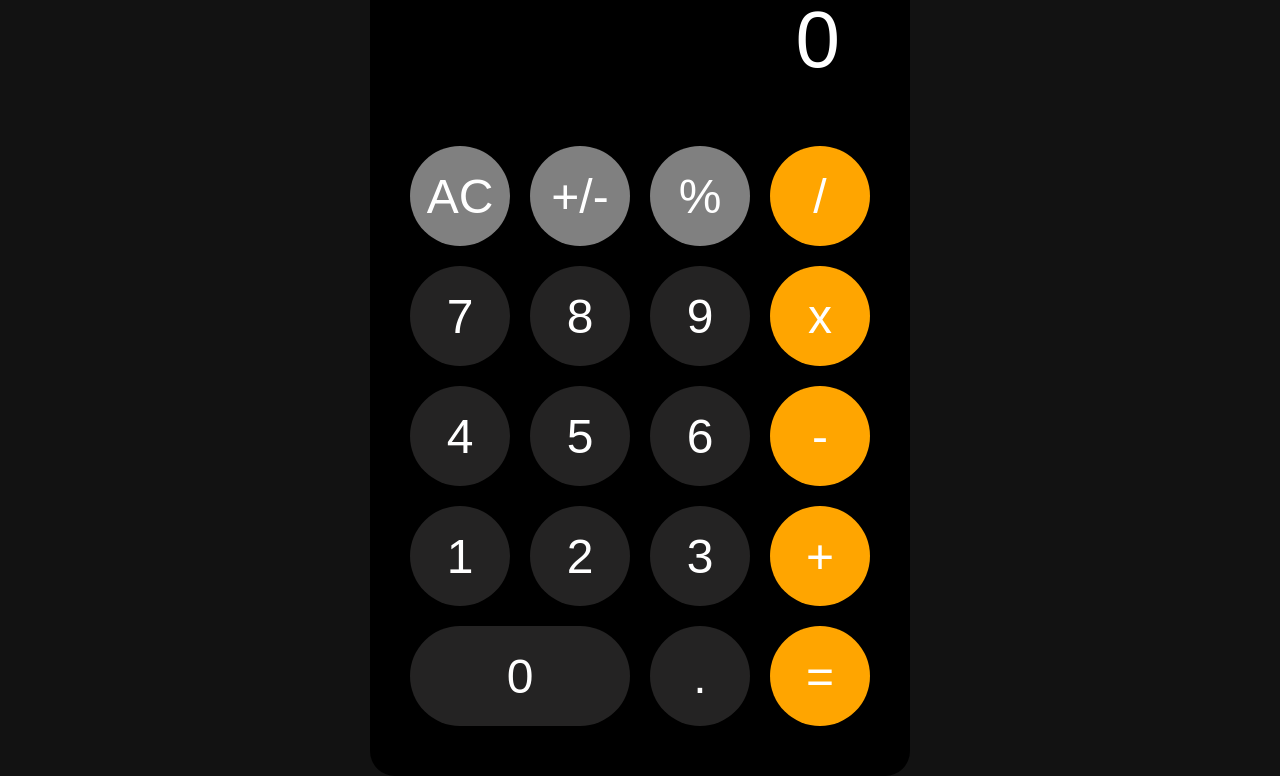
Repository: EguJaredoBoyd/IgHub
Page: mId-week-project/index.html
These files come from the project's save history. The page is drawn as it stood at one moment and after the next save; the edit follows.
The browser window is 1280 px wide. The pictures show the whole page.

Above is the page before, as saved 2025-03-01 21:31:02.

### mId-week-project/index.html
<!DOCTYPE html>
<html lang="en">
<head>
    <meta charset="UTF-8">
    <meta name="viewport" content="width=device-width, initial-scale=1.0">
    <title>Document</title>
    <link rel="stylesheet" href="./styles.css">
    <script src="./script-two.js" defer></script>
</head>
<body>

    <div id="calculator" >
        <input id="display" readonly>
        <div id="keys">
            <button onclick="clearDisplay()"class="signs">AC</button>
            <button onclick="appendToDisplay('+/-')" class="signs">+/-</button>
            <button onclick="appendToDisplay('%')" class="signs">%</button>
            <button onclick="appendToDisplay('/')" class="operator-btn">/</button>
            <button onclick="appendToDisplay('7')">7</button>
            <button onclick="appendToDisplay('8')">8</button>
            <button onclick="appendToDisplay('9')">9</button>
            <button onclick="appendToDisplay('*')"class="operator-btn">x</button>
            <button onclick="appendToDisplay('4')">4</button>
            <button onclick="appendToDisplay('5')">5</button>
            <button onclick="appendToDisplay('6')">6</button>
            <button onclick="appendToDisplay('-')"class="operator-btn">-</button>
            <button onclick="appendToDisplay('1')">1</button>
            <button onclick="appendToDisplay('2')">2</button>
            <button onclick="appendToDisplay('3')">3</button>
            <button onclick="appendToDisplay('+')"class="operator-btn">+</button>
            <button onclick="appendToDisplay('0')" class="zero">0</button>
            <button onclick="appendToDisplay('.')">.</button>
            <button onclick="calculate()"class="operator-btn">=</button>
        </div>
    </div>

</body>
</html>

### mId-week-project/styles.css
/* Base styles for all screen sizes */
button {
    width: 100px;
    height: 100px;
    border: none;
    background-color: rgb(36, 35, 35);
    color: white;
    font-size: 3rem;
    font-weight: lighter;
    cursor: pointer;
    border-radius: 50%;
    /* Ensuring all buttons (except zero) stay circular */
}

#keys {
    display: grid;
    grid-template-columns: repeat(4, 1fr);
    gap: 20px;
    padding: 30px;
}

#keys button.zero {
    grid-column: 1 / span 2;
    width: 100%;
    border-radius: 50px;
}

#calculator {
    font-family: Verdana, Geneva, Tahoma, sans-serif;
    background-color: black;
    border-radius: 25px;
    max-width: 500px;
    width: 90%;
    padding: 20px;
    overflow: hidden;
    display: flex;
    flex-direction: column;
    align-items: center;
}

body {
    margin: 10px;
    display: flex;
    justify-content: center;
    align-items: center;
    height: 100vh;
    background-color: #121212;
    margin: 0;
}

#display {
    width: 80%;
    padding: 30px;
    font-size: 5rem;
    text-align: right;
    border: none;
    background-color: black;
    color: white;
}

/* Button interaction styles */
button:hover {
    background-color: gray;
}

button:active {
    background-color: white;
}

/* Special button colors */
.operator-btn {
    background-color: orange;
}

.signs {
    background-color: gray;
}

/* Responsive Design: Scaling down properly for smaller screens */
@media (max-width: 768px) {
    button {
        width: 80px;
        height: 80px;
        font-size: 2.5rem;
    }

    #calculator {
        max-width: 400px;
        padding: 15px;
    }

    #display {
        font-size: 4rem;
        padding: 20px;
    }
}

@media (max-width: 480px) {
    button {
        width: 60px;
        height: 60px;
        font-size: 2rem;
    }

    #keys {
        gap: 10px;
    }

    #display {
        font-size: 3rem;
        padding: 15px;
    }

    #calculator {
        width: 95%;
        padding: 10px;
    }
}

### mId-week-project/script-two.js
let display = document.getElementById("display");
let currentInput = "";
let operator = "";
let firstOperand = null;

function appendToDisplay(value) {
    if (value === "+/-") {
        currentInput = currentInput ? String(-parseFloat(currentInput)) : "";
    } else if (value === "%") {
        currentInput = currentInput ? String(parseFloat(currentInput) / 100) : "";
    } else if (["+", "-", "*", "/"].includes(value)) {
        if (firstOperand === null) {
            firstOperand = parseFloat(currentInput);
            operator = value;
            currentInput = "";
        } else if (currentInput !== "") {
            calculate();
            operator = value;
        }
    } else {
        currentInput += value;
    }
    updateDisplay();
}

function updateDisplay() {
    display.value = currentInput || firstOperand || "0";
}

function clearDisplay() {
    currentInput = "";
    operator = "";
    firstOperand = null;
    updateDisplay();
}

function calculate() {
    if (firstOperand !== null && operator && currentInput !== "") {
        let secondOperand = parseFloat(currentInput);
        switch (operator) {
            case "+":
                firstOperand += secondOperand;
                break;
            case "-":
                firstOperand -= secondOperand;
                break;
            case "*":
                firstOperand *= secondOperand;
                break;
            case "/":
                firstOperand = secondOperand !== 0 ? firstOperand / secondOperand : "Error";
                break;
        }
        currentInput = "";
        operator = "";
        updateDisplay();
    }
}

// Initialize display
updateDisplay();

After the next save:
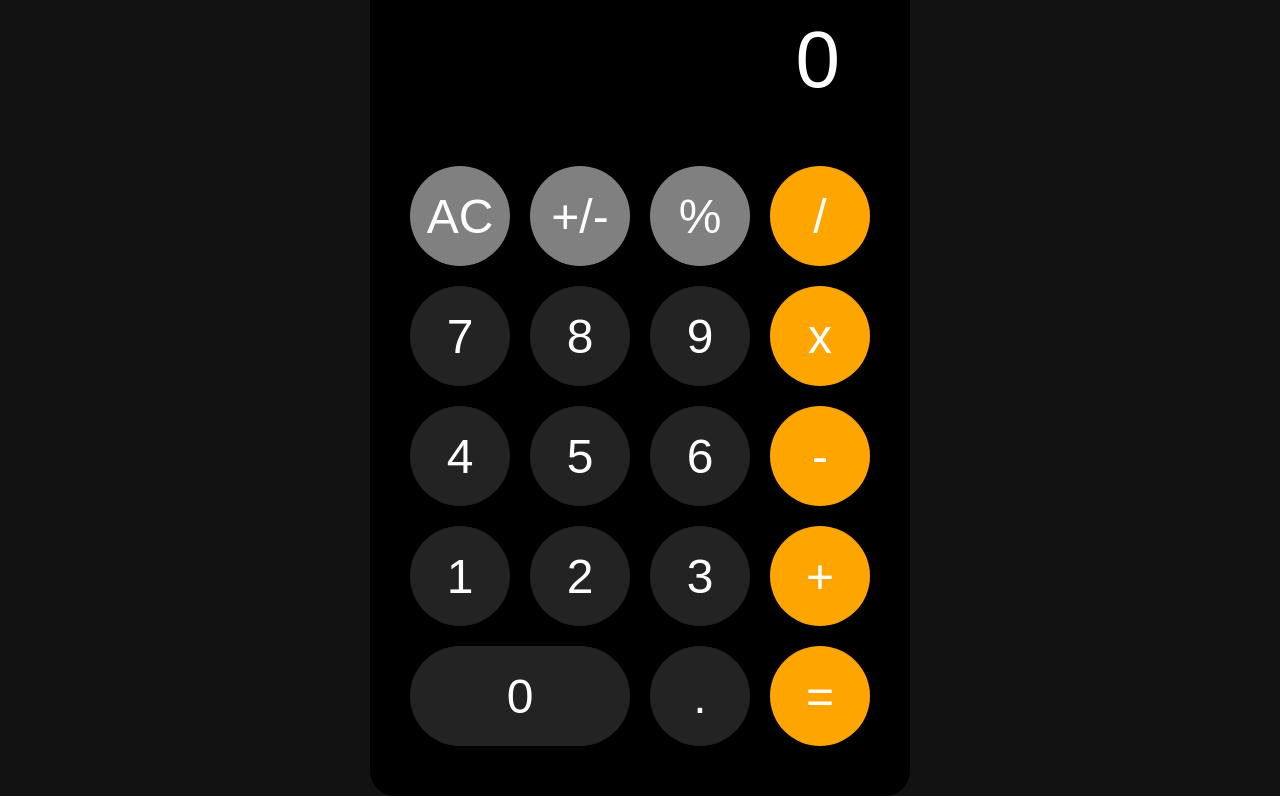
Saved 52 s later.
--- a/mId-week-project/styles.css
+++ b/mId-week-project/styles.css
@@ -45,7 +45,7 @@ body {
     align-items: center;
     height: 100vh;
     background-color: #121212;
-    margin: 0;
+    margin-top: 20px;
 }
 
 #display {
